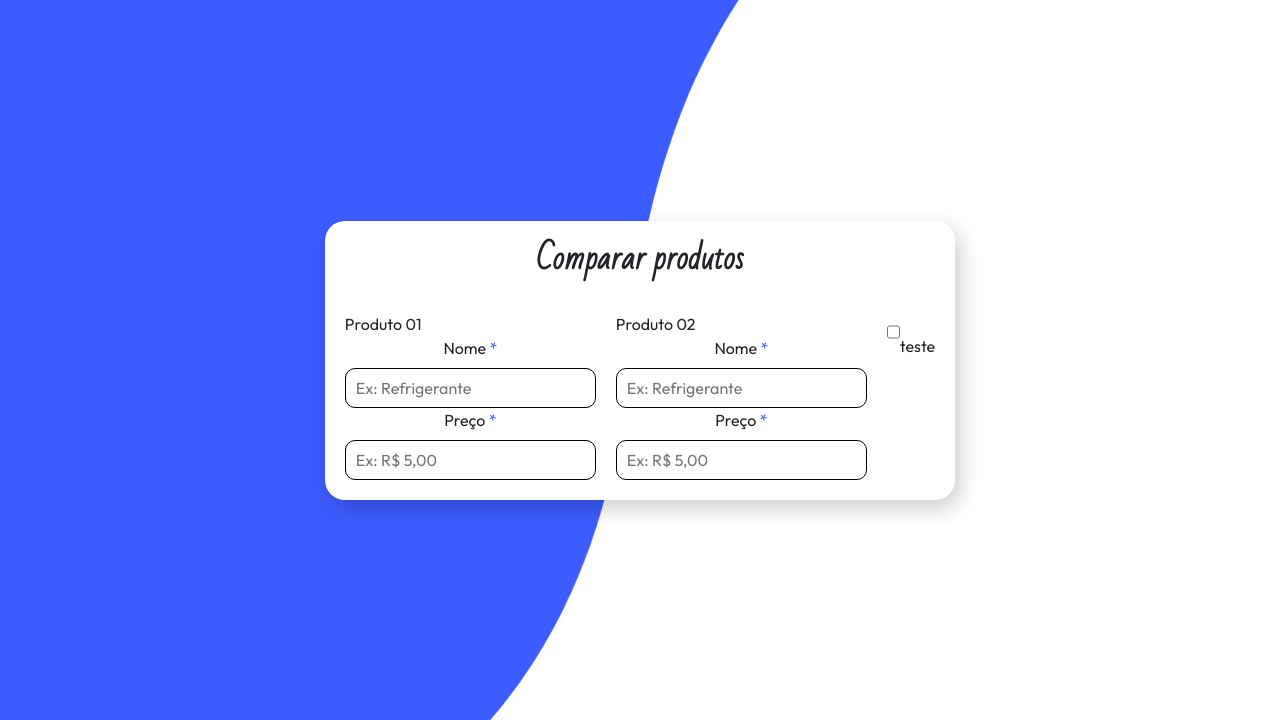
Repository: GabrielMA0/CheckMart
Page: /compare-product
These files come from the project's save history. The page is drawn as it stood at one moment and after the next save; the edit follows.
The browser window is 1280 px wide. The pictures show the whole page.
The project was rebuilt for these pictures with package versions that can differ from the ones it lists, and the page was loaded fresh each time. Also part of the build but not shown: vite.config.js, src/components/Button.vue, src/stores/cart.js, src/stores/modal.js, src/components/Header.vue, src/components/Cart.vue, src/components/Modal.vue.

Above is the page before, as saved 2025-08-06 19:41:08.

After the next save:
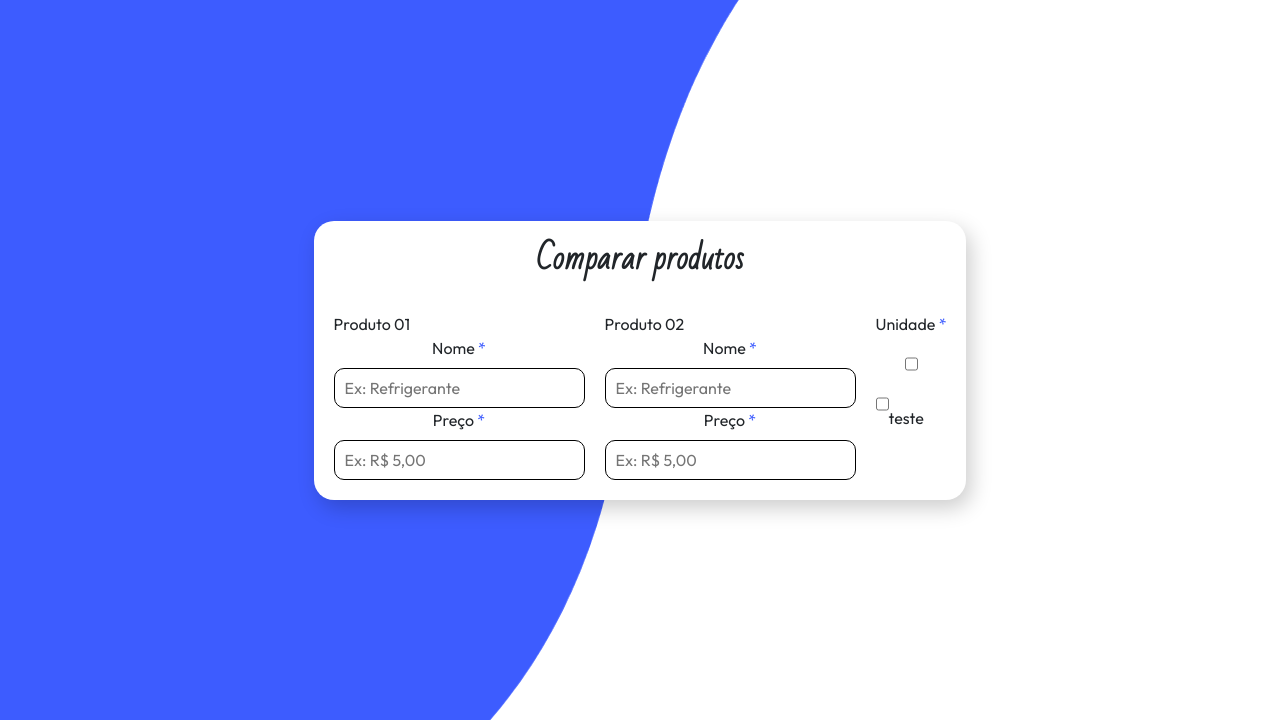
Saved 26 min 49 s later.
--- a/src/views/CompareProduct.vue
+++ b/src/views/CompareProduct.vue
@@ -55,9 +55,21 @@ import Input from '../components/Input.vue'
                 :hasError="submitCount > 0 && priceError ? true : false"
                 :messageError="priceError"
                 />
+
             </div>
 
             <div>
+                <Input
+                label="Unidade"
+                placeholder="Ex: R$ 5,00"
+                type="checkbox"
+                v-model.lazy="price"
+                v-money="money"
+                @keydown="blockNegativeNumbers"
+                :isRequired="true"
+                :hasError="submitCount > 0 && priceError ? true : false"
+                :messageError="priceError"
+                />
                 <input type="checkbox">
                 <label for="">teste</label>
             </div>
